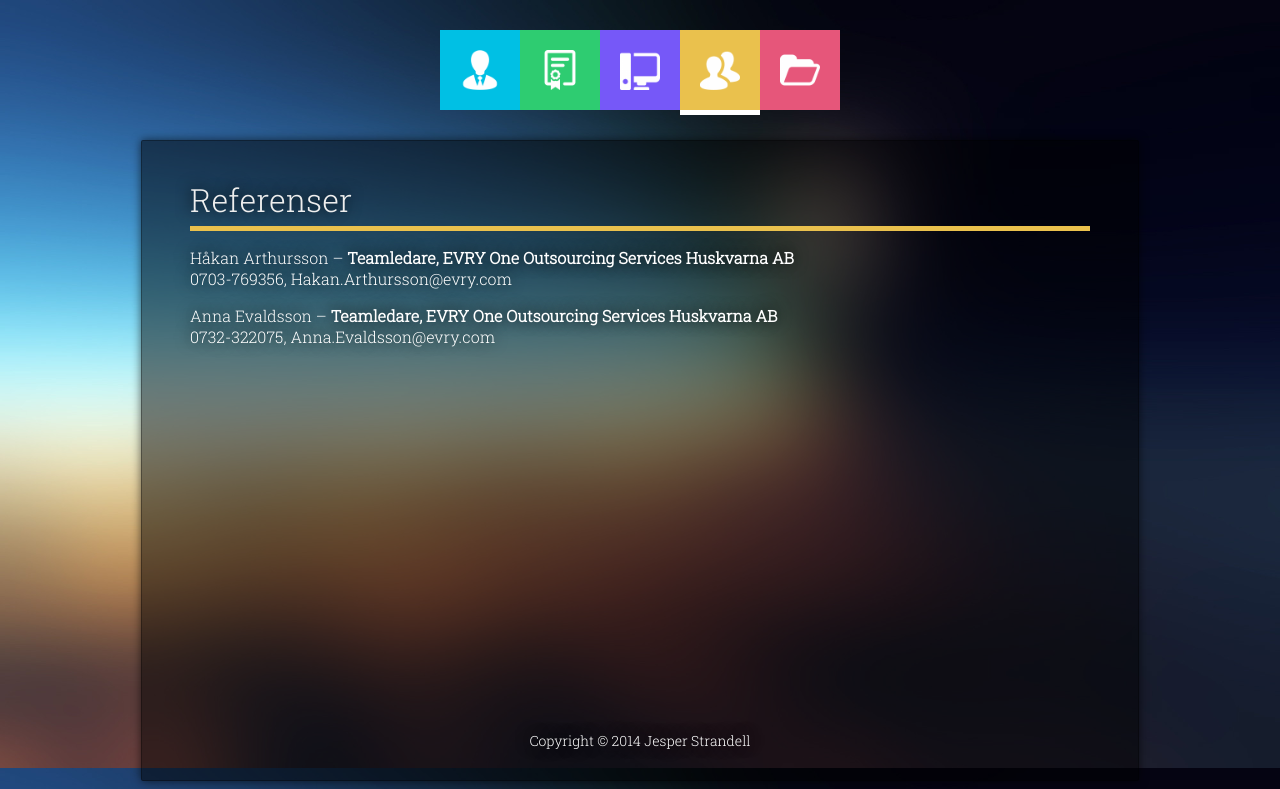
Repository: ja222vv/minipage
Page: pages/references.html
The author's editor kept a record of every edit. The page is drawn from the files as they stood at one moment, then again after the next edit.
The browser window is 1280 px wide. The pictures show the whole page.
Backgrounds fixed to the window are drawn as part of the page.

Above is the page before.
Not found: pages/scripts/script.js

### pages/references.html
<!doctype html>
<html lang="sv">
    <head>
        <meta charset="UTF-8" />
        <title>Portfolio</title>
        <link rel="stylesheet" href="../css/style.css" />
        <link rel="stylesheet" href="../css/hover.css" />
    </head>
    <body>
        <div class="menu">
            <div class="tile blue shrink" id="aboutme">
                <a href="../index.html">
            	<img src="../css/pics/personimage.png" class="icon" />
            	<span class="title"></span>
                </a>
            </div>
            <div class="tile mint shrink" id="experience">
                <a href="experience.html" id="link_exp">
            	<img src="../css/pics/diploma.png" class="icon" />
            	<span class="title"></span>
            	</a>
            </div>
            <div class="tile purple shrink" id="knowledge">
                <a href="knowledge.html">
            	<img src="../css/pics/workstation.png" class="icon" />
                <span class="title"></span>
                </a>
            </div>
            <div class="tile yellow active shrink" id="references">
                <a href="#">
                <img src="../css/pics/group.png" class="icon" />
            	<span class="title"></span>
                </a>
            </div>
            <div class="tile red shrink" id="portfolio">
            	<a href="portfolio.html">
            	<img src="../css/pics/folder.png" class="icon" />
            	<span class="title"></span>
            	</a>
            </div>
        </div>
        <div class="container">
		    <div class="headeryellow">
                <h1>Referenser</h1>
            </div>
            <div class="subcontent">
                <p>
                    <li class="nostyle">Håkan Arthursson – <b>Teamledare, EVRY One Outsourcing Services Huskvarna AB</b></li>
                    <li class="nostyle">0703-769356, Hakan.Arthursson@evry.com</li>
                </p>
                <p>
                    <li class="nostyle">Anna Evaldsson – <b>Teamledare, EVRY One Outsourcing Services Huskvarna AB</b></li>
                    <li class="nostyle">0732-322075, Anna.Evaldsson@evry.com</li>
                </p>
            </div>
		    <div class="footer">
		        <p>Copyright © 2014 Jesper Strandell</p>
		    </div>
        </div>
        <script type="text/javascript" src="scripts/script.js"></script>
    </body>
</html>

### css/style.css
@import url(//fonts.googleapis.com/css?family=Roboto+Slab:300);

@font-face {
    font-family: LeagueScript;
    src: url('LeagueScript.otf');
}

/*
outline: 7px solid rgba(255,255,255,0);
transition: outline .5s ease-out;
position: relative; /* outline */

html {
	background: #000 url(pics/wallpaper.jpg) no-repeat fixed center center;
	background-size: cover;
	overflow-y: scroll;
}

body {
	font-family: 'Roboto slab', serif;
	color: #FFFFFF;
	font-size: 16px;
	text-shadow: 1px 1px 15px #111;
}
img {
    border:none;
}
h1 {
  color: #eee;
  font-weight:normal;
}
.logotype {
    font-family: LeagueScript;
    font-size:36px;
    font-weight: bold;
    margin-left:30px;
    float:left;
}
.meta {
    font-size:20px;
    font-family: LeagueScript;
    text-align:center;
    margin-left:60px;
    float:left;
}
.meta p {
    margin:0;
    text-shadow: -1px -1px 15px #000000;
}
/* Menyn börjar */
.menu {
    width: 400px;
    height: 80px;
    margin-top:30px;
    margin-left:auto;
	margin-right:auto;
}
.headerblue {
    margin-left:auto;
	margin-right:auto;
	border-bottom: solid 5px #00c0e4;
}
.headermint {
    margin-left:auto;
	margin-right:auto;
	border-bottom: solid 5px #2ecc71;
}
.headerpurple {
    margin-left:auto;
	margin-right:auto;
	border-bottom: solid 5px #7658f8;
}
.headeryellow {
    margin-left:auto;
	margin-right:auto;
	border-bottom: solid 5px #eac14d;
}
.headerred {
    margin-left:auto;
	margin-right:auto;
	border-bottom: solid 5px #e6567a;
}
.headerblue h1, .headermint h1, .headerpurple h1, .headeryellow h1, .headerred h1 {
    margin-bottom: 5px;
}
.tile {
    width: 80px;
	height: 80px;
	text-align: center;
	float:left;
}
.tile > a {
	width: inherit;
	height: inherit;
	display: block;
	color: #fff;
	text-decoration: none !important;
}
.active {
    border-bottom:solid 5px #FFFFFF;
}
.blue {
    background-color: #00c0e4;
}
.mint {
    background-color: #2ecc71;
}
.purple {
    background-color: #7658f8;
}
.yellow {
    background-color: #eac14d;
}
.red {
    background-color: #e6567a;
}
.icon {
	max-width:40px;
    max-height:40px;
    width:auto;
    height:auto;
    margin-top:20px;
}
.title {
	display: block;
}
/* Menyn slutar */
/* Innehåll börjar*/
.container {
    padding: 1em 3em;
	width: 900px;
	min-height: 600px;
	margin-top: 30px;
	margin-left:auto;
	margin-right:auto;
	box-shadow: 0 0 10px rgba(0,0,0,.6);
	border-radius: 2px;
	border: 1px solid #000000;
	border: 1px solid rgba(0,0,0,.3);
	background: rgba(0,0,0,.5);
	text-shadow: -1px -1px 15px #000000;
	filter: progid:DXImageTransform.Microsoft.gradient(GradientType=0,startColorstr='#4c000000', endColorstr='#4c000000');

}
.subcontent {
    min-height: 470px;
}
.nostyle {
    list-style:none;
}
.footer {
    font-size: 14px;
    text-align:center;
}
/* Innehåll slutar*/


* {
	-webkit-touch-callout: none;
	-webkit-user-select: none;
	-khtml-user-select: none;
	-moz-user-select: none;
	-ms-user-select: none;
	user-select: none;
}

Loaded but not shown: css/hover.css (2067 lines, source omitted)

After the next edit:
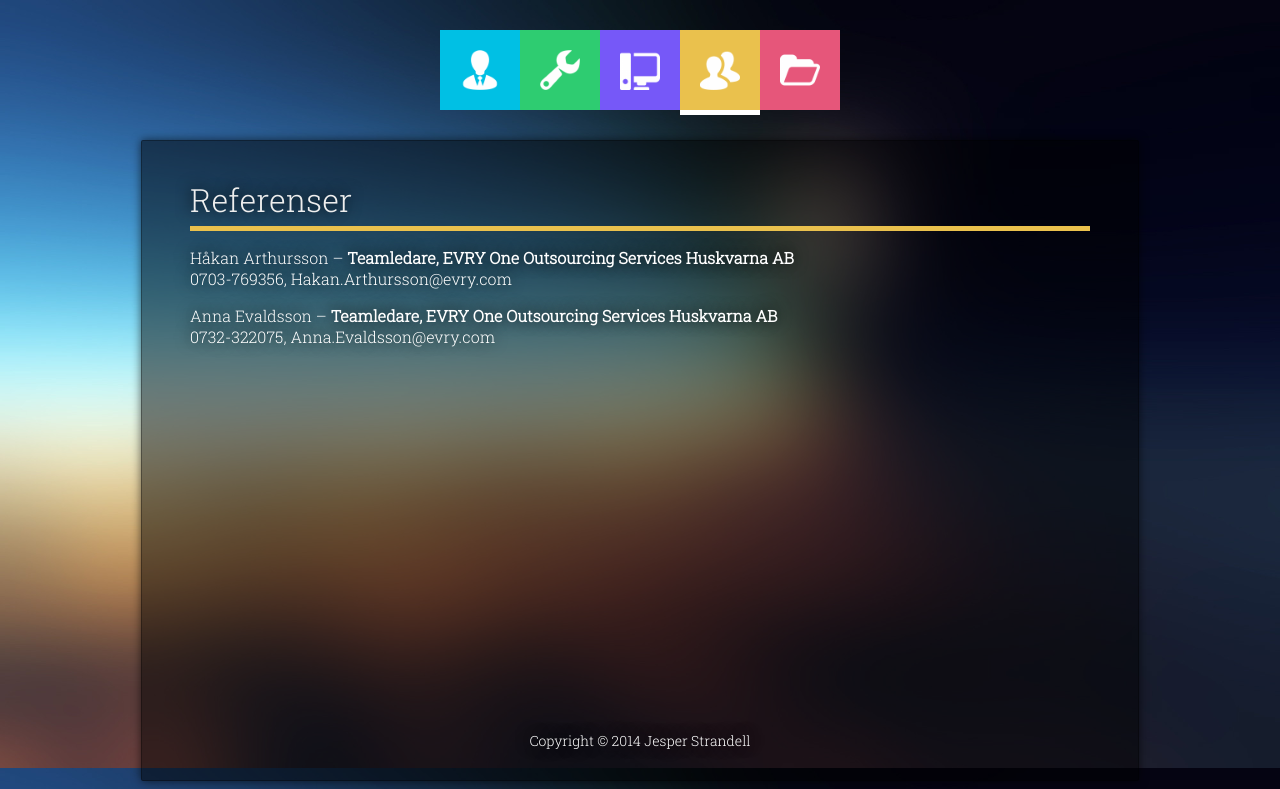
The edit:
--- a/pages/references.html
+++ b/pages/references.html
@@ -16,7 +16,7 @@
             </div>
             <div class="tile mint shrink" id="experience">
                 <a href="experience.html" id="link_exp">
-            	<img src="../css/pics/diploma.png" class="icon" />
+            	<img src="css/pics/wrench.png" class="icon" />
             	<span class="title"></span>
             	</a>
             </div>
